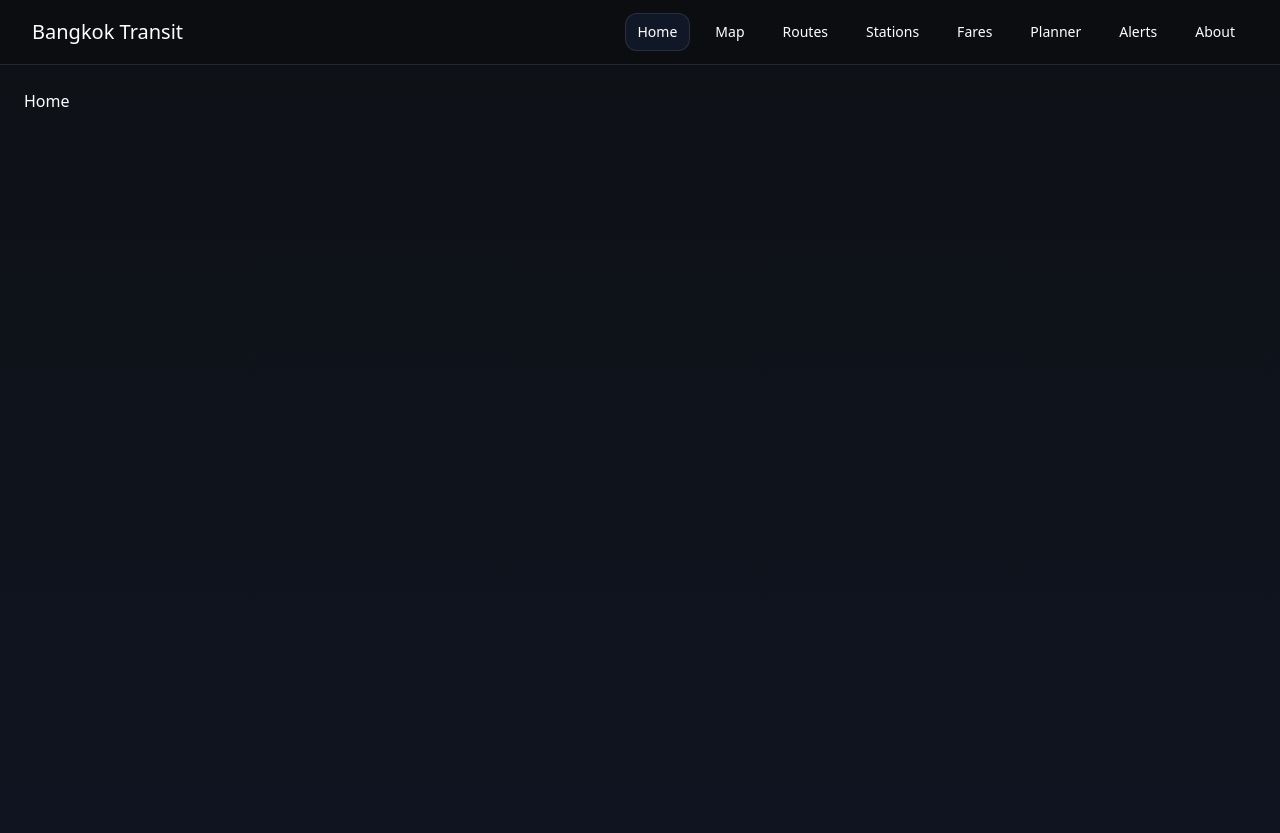
Repository: pyaestk/Bangkok-transit-map
Page: /
These files come from the project's save history. The page is drawn as it stood at one moment and after the next save; the edit follows.
The browser window is 1280 px wide. The pictures show the whole page.
The project was rebuilt for these pictures with package versions that can differ from the ones it lists, and the page was loaded fresh each time. Also part of the build but not shown: vite.config.ts, src/pages/Map.tsx, src/pages/Planner.tsx, src/pages/Stations.tsx, src/pages/TrainRoutes.tsx, src/pages/Fares.tsx, src/pages/Alerts.tsx, src/pages/About.tsx.

Above is the page before, as saved 2025-10-04 09:32:16.

After the next save:
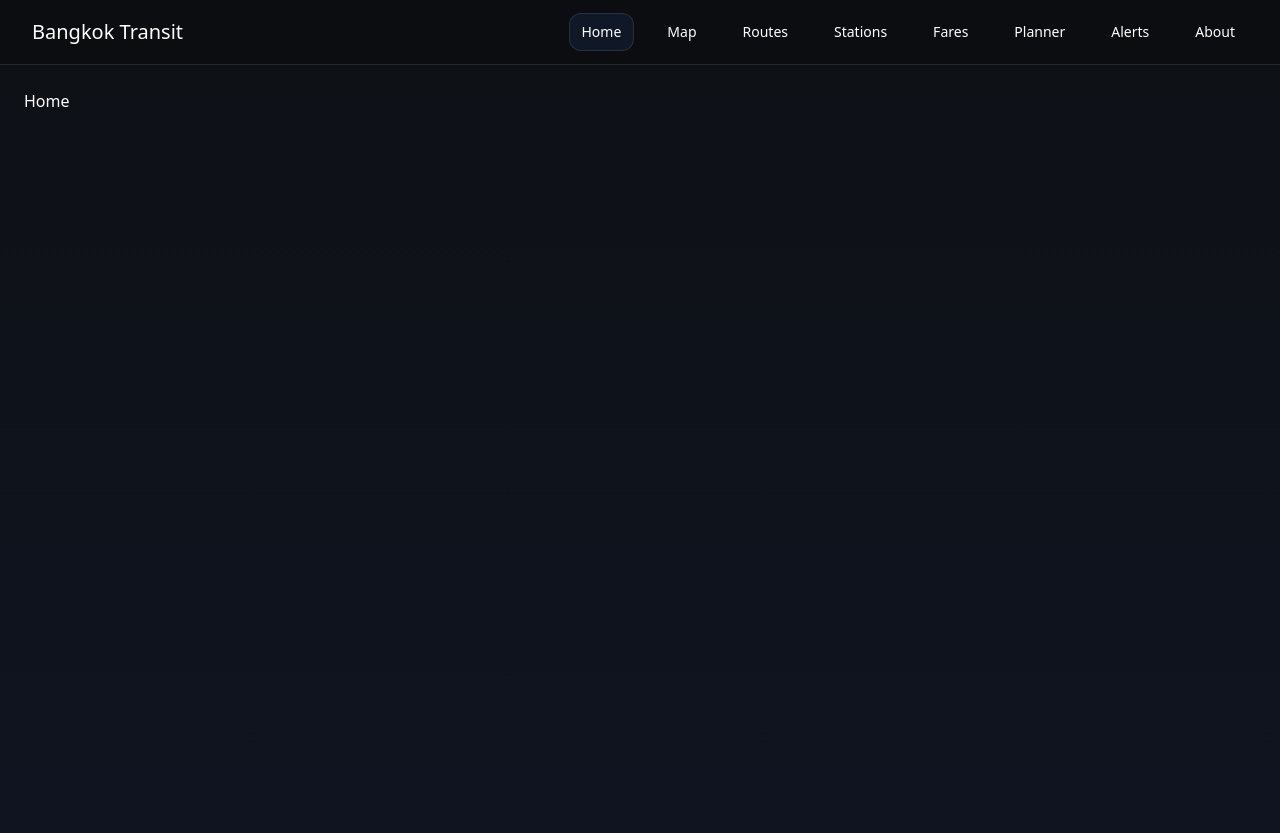
Saved 10 s later.
--- a/src/component/NavBar.tsx
+++ b/src/component/NavBar.tsx
@@ -30,7 +30,7 @@ function NavBar() {
           </div>
 
           {/* Desktop links */}
-          <div className="hidden md:flex space-x-3">
+          <div className="hidden md:flex space-x-5">
             {links.map((l) => (
               <NavLink
                 key={l.to}
